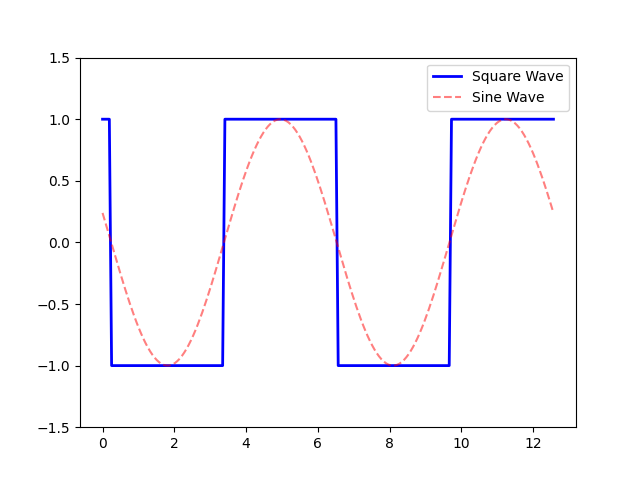
Repository: khulqu15/drone_smc_copppelia
Script's output: python py/realtime.py
An editor plug-in stored every save of this project. The script's output is shown before and after the next save, followed by the edit.
Animations are shown at an early frame. Random numbers start from a fixed seed.

Above is the script's output before, as saved 2024-06-24 00:52:44.

### py/realtime.py
import numpy as np
import matplotlib.pyplot as plt

# Initialize parameters and plot
x_len = 200
y_range = [-1.5, 1.5]
xs = np.linspace(0, 4 * np.pi, x_len)
ys = np.sin(xs)
square_ys = np.sign(ys)

plt.ion()  # Turn on interactive mode
fig, ax = plt.subplots()
ax.set_ylim(y_range)

line, = ax.plot(xs, square_ys, 'b-', linewidth=2, label='Square Wave')
sine_line, = ax.plot(xs, ys, 'r--', alpha=0.5, label='Sine Wave')
ax.legend()

frame = 0
try:
    while True:
        ys = np.sin(xs + frame / 10)
        square_ys = np.sign(ys)

        line.set_ydata(square_ys)
        sine_line.set_ydata(ys)

        fig.canvas.draw()
        fig.canvas.flush_events()
        plt.pause(0.05)  # Pause for a bit, to control the update rate

        frame += 1
except KeyboardInterrupt:
    print("Stopped animation.")

After the next save:
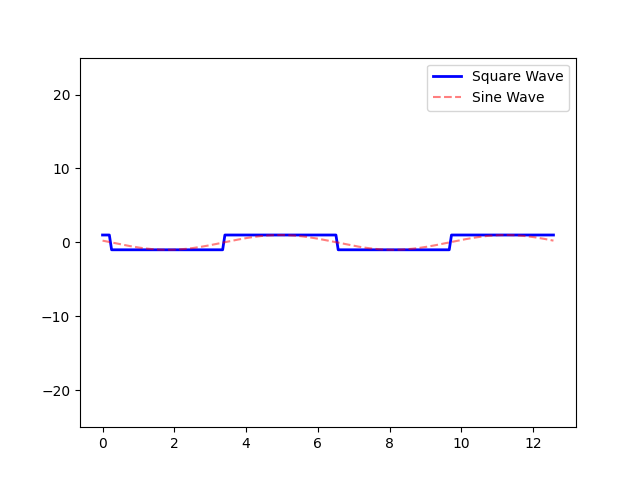
Saved 11 s later.
--- a/py/realtime.py
+++ b/py/realtime.py
@@ -3,7 +3,7 @@ import matplotlib.pyplot as plt
 
 # Initialize parameters and plot
 x_len = 200
-y_range = [-1.5, 1.5]
+y_range = [-25, 25]
 xs = np.linspace(0, 4 * np.pi, x_len)
 ys = np.sin(xs)
 square_ys = np.sign(ys)
